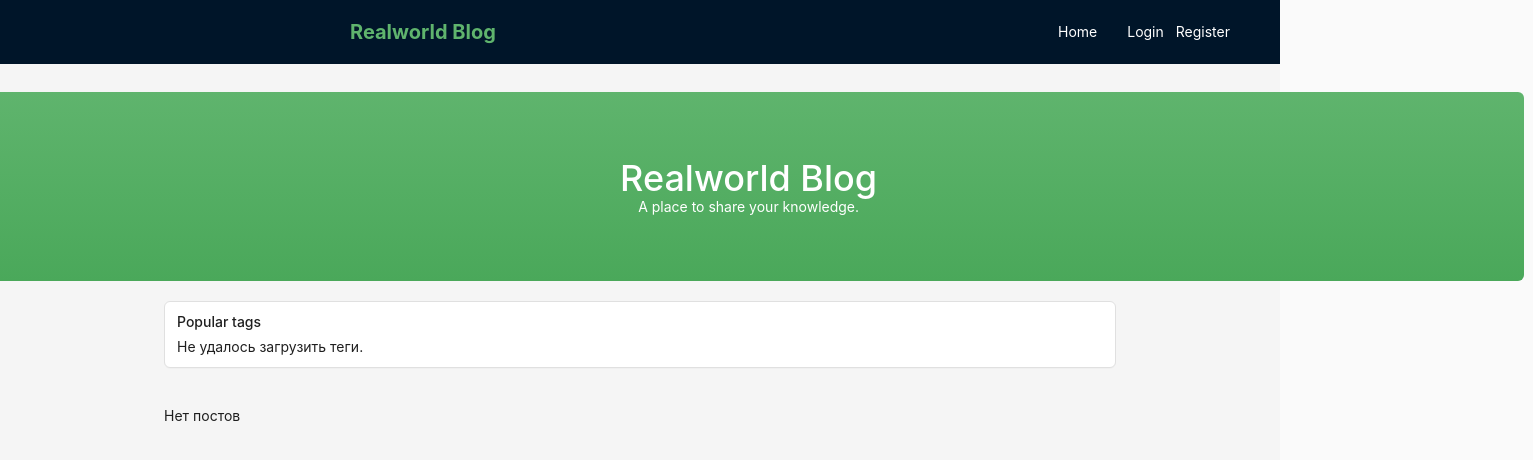
Repository: Rafged/S1mple-blog
Page: / (app in S1mple-blog-main/)
An editor plug-in stored every save of this project. The page is shown before and after a run of saves, followed by the edit.
The browser window is 1280 px wide. The page is 1524 px wide, then 1533 px, so the pictures cover 1533 px, including what lies to the right of the window. The pictures show the whole page.
The page's requests for data from a server got no answer. The project was rebuilt for these pictures with package versions that can differ from the ones it lists, and the page was loaded fresh each time. No one was signed in, and anything a server would have sent is missing. Also part of the build but not shown: S1mple-blog-main/vite.config.js, S1mple-blog-main/src/pages/Login.jsx, S1mple-blog-main/src/pages/Register.jsx, S1mple-blog-main/src/pages/NewPost.jsx, S1mple-blog-main/src/pages/Settings.jsx, S1mple-blog-main/src/pages/Article.jsx, S1mple-blog-main/src/pages/Profile.css, S1mple-blog-main/src/pages/Profile.jsx.

Above is the page before, as saved 2025-10-06 14:50:26.

### S1mple-blog-main/index.html
<!doctype html>
<html lang="ru">
  <head>
    <meta charset="utf-8" />
    <meta name="viewport" content="width=device-width, initial-scale=1.0" />
    <title>Realworld Vite React</title>
  </head>
  <body>
    <div id="root"></div>
    <script type="module" src="/src/main.jsx"></script>
  </body>
</html>

### S1mple-blog-main/src/main.jsx
import React from 'react'
import { createRoot } from 'react-dom/client'
import { BrowserRouter } from 'react-router-dom'
import App from './App'
import 'antd/dist/reset.css'
import './styles.css'

createRoot(document.getElementById('root')).render(
  <React.StrictMode>
    <BrowserRouter>
      <App/>
    </BrowserRouter>
  </React.StrictMode>
)

### S1mple-blog-main/src/App.jsx
import React, { useEffect, useState } from 'react'
import { Routes, Route, Link, useNavigate } from 'react-router-dom'
import { Layout, Button } from 'antd'
import Home from './pages/Home'
import Login from './pages/Login'
import Register from './pages/Register'
import NewPost from './pages/NewPost'
import Settings from './pages/Settings'
import Article from './pages/Article'
import Profile from './pages/Profile'

const { Header, Content } = Layout

function getUsername(){ return localStorage.getItem('username') || null }

export default function App(){
  const [auth, setAuth] = useState(!!localStorage.getItem('token'))
  const navigate = useNavigate()

  useEffect(()=> {
    function onStorage(){ setAuth(!!localStorage.getItem('token')) }
    window.addEventListener('storage', onStorage)
    return ()=> window.removeEventListener('storage', onStorage)
  },[])

  function doLogout(){
    try{
      localStorage.removeItem('token'); localStorage.removeItem('username'); localStorage.removeItem('user');
    }catch(e){}
    setAuth(false);
    navigate('/');
    window.location.reload();
  }

  return (
    <Layout style={{minHeight:'100vh'}}>
      <Header style={{display:'flex', alignItems:'center', justifyContent:'space-between'}}>
        <div style={{color:'#5fb46d', fontWeight:700, fontSize: '20px', marginLeft: 300}}>Realworld Blog</div>
        <div>
          <Link to="/" style={{marginRight:30, color:'#fff'}}>Home</Link>
          {auth && <Link to="/new" style={{marginRight:25, color:'#fff'}}>New post</Link>}
          {auth && <Link to="/settings" style={{marginRight:20, color:'#fff'}}>Settings</Link>}
          {auth ? (
            <>
              <Link to={ getUsername() ? ('/profile/' + getUsername()) : '/profile' } style={{marginRight:25, color:'#fff'}}>
                Hi, {getUsername() || 'Unknown'}
              </Link>
              <Button onClick={doLogout}>Log out</Button>
            </>
          ) : (
            <>
              <Link to="/login" style={{marginRight:12, color:'#fff'}}>Login</Link>
              <Link to="/register" style={{color:'#fff'}}>Register</Link>
            </>
          )}
        </div>
      </Header>
      <Content style={{padding:24}}>
        <div style={{maxWidth:960, margin:'0 auto'}}>
          <Routes>
            <Route path="/" element={<Home/>}/>
            <Route path="/login" element={<Login onAuth={() => setAuth(true)}/>}/>
            <Route path="/register" element={<Register onAuth={() => setAuth(true)}/>}/>
            <Route path="/new" element={<NewPost/>}/>
            <Route path="/settings" element={<Settings/>}/>
            <Route path="/article/:slug" element={<Article/>}/>
            <Route path="/profile" element={<Profile/>}/>
            <Route path="/profile/:username" element={<Profile/>}/>
          </Routes>
        </div>
      </Content>
    </Layout>
  )
}

### S1mple-blog-main/src/styles.css
:root{ --green: #55b36b }
body{ font-family: Inter, "Open Sans", Arial, sans-serif; margin:0; background:#fafafa; color:#222 }
.container{ max-width:1600px; margin:0 auto; padding:4px }
.brand{ color:var(--green); font-weight:700; font-size:20px; margin-right:12px }
.banner{ background:linear-gradient(180deg,#5fb46d,#4aa85a); color:#fff; padding:66px; border-radius:6px; margin-bottom:20px; width: 1550px; margin-left: -20%;}
.meta{ color:#777; margin-top:6px }


/* Cards and Popular Tags box */
.popular-box{
  border:1px solid #e0e0e0;
  border-radius:6px;
  padding:12px;
  background:#fff;
  box-shadow: 0 1px 0 rgba(0,0,0,0.02);
  margin-bottom:20px;
}
.tag-btn{
  padding:6px 10px;
  border-radius:16px;
  border:1px solid #ddd;
  background:#fff;
  cursor:pointer;
  font-size:13px;
}
.article-card{
  border:1px solid #e0e0e0;
  border-radius:6px;
  padding:16px;
  background:#fff;
  margin-bottom:18px;
  margin-left: 1px;
  width: 950px;
  box-shadow: 0 1px 0 rgba(0,0,0,0.02);
}
.article-meta{ color:#7a7a7a; margin-bottom:6px; font-size:14px }
.favorite-badge{
  border:1px solid #5cb85c;
  padding:6px 10px;
  border-radius:8px;
  background:#fff;
  cursor:pointer;
  font-weight:600;
  display:inline-flex;
  align-items:center;
  gap:8px;
}

### S1mple-blog-main/src/pages/Home.jsx
import React, { useEffect, useState } from 'react'
import { getArticles, favoriteArticle, unfavoriteArticle } from '../api'
import { Link } from 'react-router-dom'
import PopularTags from '../components/PopularTags'
import Pagination from '../components/Pagination'

export default function Home(){
  const [articles, setArticles] = useState([])
  const [currentPage, setCurrentPage] = useState(1)
  const [totalPages, setTotalPages] = useState(1)
  const limit = 3

  useEffect(()=> {
    load(currentPage)
  },[currentPage])

  async function load(page = 1){
    try{
      const offset = (page-1)*limit
      const res = await getArticles(`?limit=${limit}&offset=${offset}`)
      setArticles(res.articles || [])
      const count = res.articlesCount || (res.articles ? res.articles.length : 0)
      setTotalPages(Math.max(1, Math.ceil(count / limit)))
    }catch(e){
      console.error(e)
    }
  }

  async function toggleFav(a){
    if(!localStorage.getItem('token')){ alert('Войдите чтобы оценивать'); return; }
    try{
      if(a.favorited) await unfavoriteArticle(a.slug)
      else await favoriteArticle(a.slug)
      await load(currentPage)
    }catch(e){ console.error(e); alert('Ошибка') }
  }

  return (
    <div className="container">
      <div className="banner" style={{textAlign:'center'}}>
        <h1 style={{margin:0, fontSize:36}}>Realworld Blog</h1>
        <p style={{margin:0}}>A place to share your knowledge.</p>
      </div>

      {/* Popular tags at center top */}
      <div style={{display:'flex', justifyContent:'center', marginBottom:20}}>
        <div style={{maxWidth:1200, width:'100%'}}>
          <PopularTags />
        </div>
      </div>

      <div>
        {articles.length === 0 ? <div>Нет постов</div> : articles.map(a => (
          <div key={a.slug} className="article-card">
            <div style={{display:'flex', justifyContent:'space-between', alignItems:'flex-start'}}>
              <div>
                <div className="article-meta"><Link to={`/profile`}>{a.author?.username}</Link> · {new Date(a.createdAt).toLocaleDateString()}</div>
                <Link to={`/article/${a.slug}`} style={{textDecoration:'none'}}>
                  <h2 style={{margin:'8px 0', color:'#222'}}>{a.title}</h2>
                </Link>
                <p style={{color:'#555'}}>{a.description || (a.body && a.body.slice(0,200)+'...')}</p>
                <div style={{marginTop:8}}>
                  {a.tagList && a.tagList.map(t => <span key={t} className="tag-btn">{t}</span>)}
                </div>
              </div>
              <div>
                <button className="favorite-badge" onClick={()=>toggleFav(a)} title="Favorite">
                  ❤️ <span style={{marginLeft:6}}>{a.favoritesCount||0}</span>
                </button>
              </div>
            </div>
          </div>
        ))}
        <Pagination currentPage={currentPage} totalPages={totalPages} onPageChange={(p)=>setCurrentPage(p)} />
      </div>
    </div>
  )
}

### S1mple-blog-main/src/api.js
const API = '/api'

function getToken(){
  return localStorage.getItem('token')
}

function authHeaders(){
  const t = getToken()
  return t ? { 'Authorization': 'Token ' + t } : {}
}

async function request(path, opts = {}){
  const headers = { 'Content-Type': 'application/json', ...(opts.headers||{}), ...authHeaders() }
  const res = await fetch(API + path, {...opts, headers})
  const text = await res.text()
  let body = null
  try { body = text ? JSON.parse(text) : {} } catch(e){ body = {raw: text} }
  if(!res.ok) throw { status: res.status, body }
  return body
}

export async function getArticles(query=''){
  return request('/articles' + (query||''))
}

export async function getArticle(slug){
  return request('/articles/' + slug)
}

export async function favoriteArticle(slug){
  return request('/articles/' + slug + '/favorite', { method: 'POST' })
}
export async function unfavoriteArticle(slug){
  return request('/articles/' + slug + '/favorite', { method: 'DELETE' })
}

export async function getTags(){ return request('/tags') }

export async function login(email, password){ return request('/users/login', { method:'POST', body: JSON.stringify({user:{email, password}}) }) }
export async function register(username,email,password){ return request('/users', { method:'POST', body: JSON.stringify({user:{username,email,password}}) }) }
export async function getCurrentUser(){ return request('/user') }
export async function updateUser(payload){ return request('/user', { method:'PUT', body: JSON.stringify({user: payload}) }) }

export async function createArticle(article){ return request('/articles', { method:'POST', body: JSON.stringify({article}) }) }
export async function getArticlesByAuthor(author){ return request('/articles?author=' + encodeURIComponent(author)) }

### S1mple-blog-main/src/components/PopularTags.jsx
import React, { useEffect, useState } from "react";
import { getTags } from "../api";

const PopularTags = () => {
  const [tags, setTags] = useState([]);
  const [error, setError] = useState(null);

  useEffect(() => {
    const fetchTags = async () => {
      try {
        const res = await getTags();
        if (res && res.tags) setTags(res.tags);
      } catch (e) {
        setError(true);
        console.warn("Failed to load tags", e);
      }
    };
    fetchTags();
  }, []);

  return (
    <div className="popular-box">
      <h4 style={{ margin: "0 0 8px 0" }}>Popular tags</h4>
      {error ? (
        <div>Не удалось загрузить теги.</div>
      ) : (
        <div style={{ display: "flex", gap: 8, flexWrap: "wrap" }}>
          {tags.length === 0 ? <span>Нет тегов</span> : tags.map((t) => (
            <button key={t} className="tag-btn">{t}</button>
          ))}
        </div>
      )}
    </div>
  );
};

export default PopularTags;

### S1mple-blog-main/src/components/Pagination.jsx
import React from "react";

const Pagination = ({ articlesCount, limit, currentPage, onPageChange }) => {
  const pages = Math.ceil(articlesCount / limit);

  return (
    <ul className="pagination">
      {Array.from({ length: pages }, (_, i) => (
        <li
          key={i}
          className={`page-item ${currentPage === i + 1 ? "active" : ""}`}
          onClick={() => onPageChange(i + 1)}
        >
          <span className="page-link">{i + 1}</span>
        </li>
      ))}
    </ul>
  );
};

export default Pagination;

After the next 3 saves:
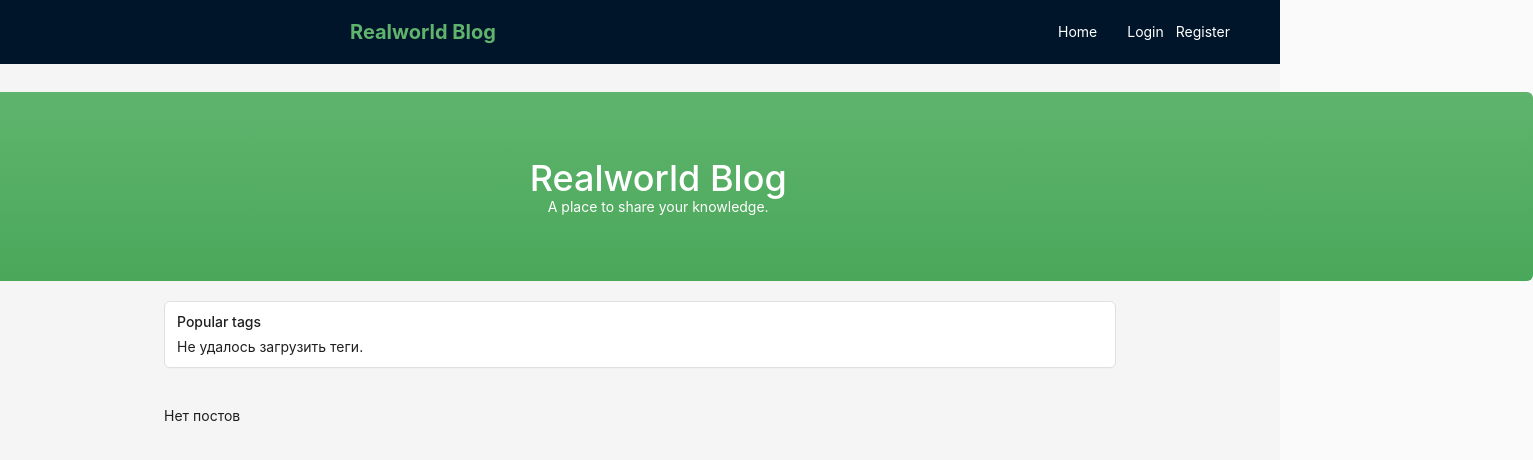
The 3 saves are shown as one change because they came seconds apart.
The last was saved 14 s later.
--- a/S1mple-blog-main/src/styles.css
+++ b/S1mple-blog-main/src/styles.css
@@ -2,7 +2,7 @@
 body{ font-family: Inter, "Open Sans", Arial, sans-serif; margin:0; background:#fafafa; color:#222 }
 .container{ max-width:1600px; margin:0 auto; padding:4px }
 .brand{ color:var(--green); font-weight:700; font-size:20px; margin-right:12px }
-.banner{ background:linear-gradient(180deg,#5fb46d,#4aa85a); color:#fff; padding:66px; border-radius:6px; margin-bottom:20px; width: 1550px; margin-left: -20%;}
+.banner{ background:linear-gradient(180deg,#5fb46d,#4aa85a); color:#fff; padding:66px; border-radius:6px; margin-bottom:20px; width: 1750px; margin-left: -40%;}
 .meta{ color:#777; margin-top:6px }
 
 
